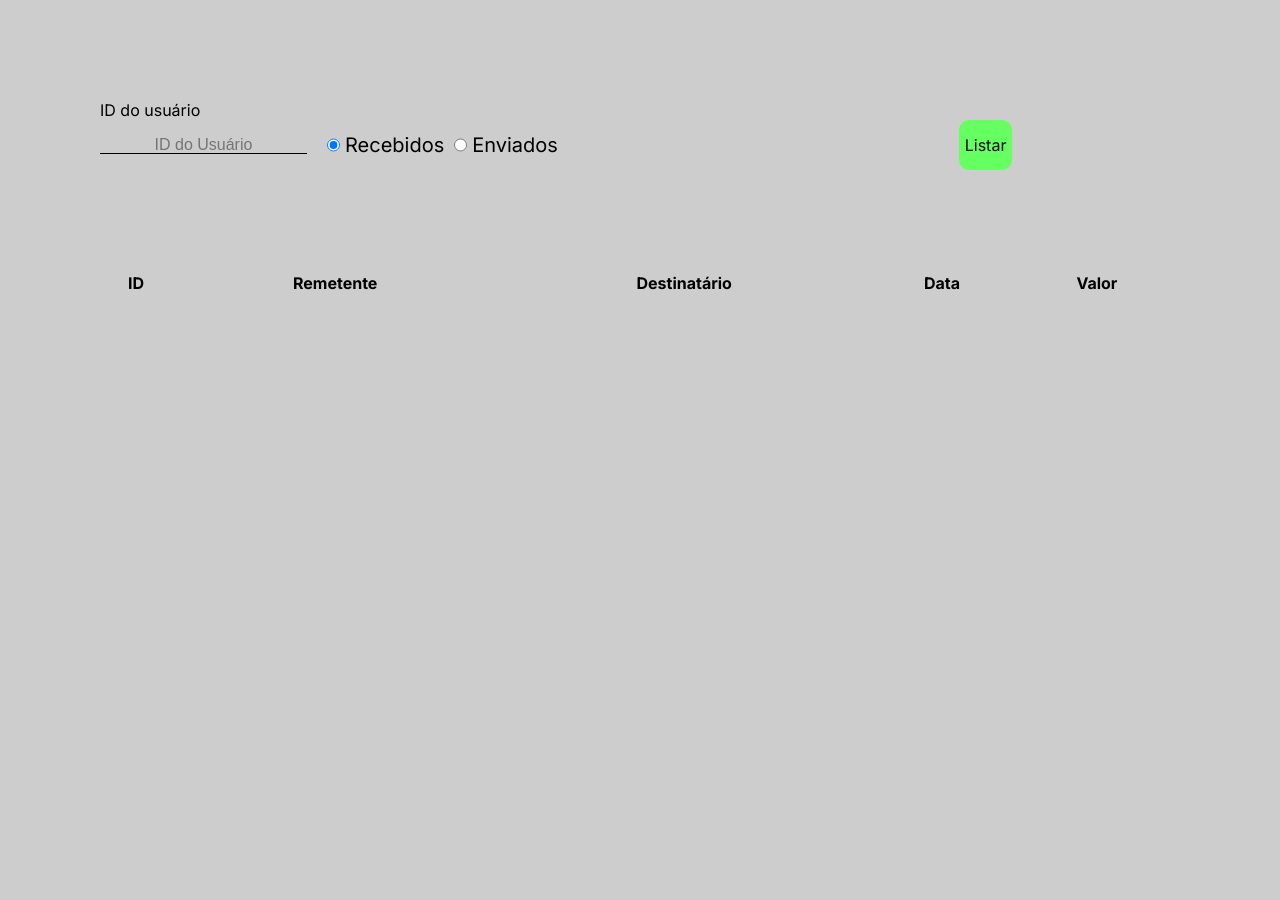
Repository: mateusilva8/tarefa-pix
Page: frontend/index.html
The author's editor kept a copy of each file at every save. The page is drawn from the files as they stood at one save, then again after the next save.
The browser window is 1280 px wide. The pictures show the whole page.

Above is the page before, as saved 2023-10-22 15:25:47.

### frontend/index.html
<!DOCTYPE html>
<html lang="pt-BR">
<head>
  <meta charset="UTF-8">
  <meta name="viewport" content="width=device-width, initial-scale=1.0">
  <title>CRIE_TI PIX</title>
  <link rel="stylesheet" href="./css/index.css">
  <link rel="preconnect" href="https://fonts.googleapis.com">
  <link rel="preconnect" href="https://fonts.gstatic.com" crossorigin>
  <link href="https://fonts.googleapis.com/css2?family=Inter:wght@400;700&display=swap" rel="stylesheet">
</head>
<body>
  <div class="container">
    <div class="label-formulario">
      <label for="id">ID do usuário</label>
    </div>
    <div class="formulario">
      <form id="formulario">
        <div class="formulario-input">
          <input class="idInput" type="number" placeholder="ID do Usuário" id="id"></input>
        </div>
        <div class="formulario-body">
          <div class="formulario-select">
            <div class="form-check">
              <input class="form-check-input" type="radio" name="exampleRadios" id="exampleRadios1" value="received" checked>
              <label class="form-check-label" for="exampleRadios1">Recebidos</label>
            </div>

            <div class="form-check">
              <input class="form-check-input" type="radio" name="exampleRadios" id="exampleRadios2" value="sent">
              <label class="form-check-label" for="exampleRadios2">Enviados</label>
            </div>
          </div>
          <button type="button" class="btn" id="botaoListar">Listar</button>
        </div>
      </form>
    </div>

    <table class="table table-bordered">
      <thead>
        <tr>
          <th scope="col">ID</th>
          <th scope="col">Remetente</th>
          <th scope="col">Destinatário</th>
          <th scope="col">Data</th>
          <th scope="col">Valor</th>
        </tr>
      </thead>
      <tbody id="pix-list"></tbody>
    </table>
  </div>



  <script src="https://code.jquery.com/jquery-3.3.1.slim.min.js" integrity="sha384-q8i/X+965DzO0rT7abK41JStQIAqVgRVzpbzo5smXKp4YfRvH+8abtTE1Pi6jizo" crossorigin="anonymous"></script>
  <script src="https://cdnjs.cloudflare.com/ajax/libs/popper.js/1.14.3/umd/popper.min.js" integrity="sha384-ZMP7rVo3mIykV+2+9J3UJ46jBk0WLaUAdn689aCwoqbBJiSnjAK/l8WvCWPIPm49" crossorigin="anonymous"></script>
  <script src="./js/index.js"></script>
</body>
</html>

### frontend/css/index.css
body {
    margin: 0;
    padding: 0;
    font-family: 'Inter', sans-serif;
    background-color: #cdcdcd;
}


.container {
    display: flex;
    flex-direction: column;
    height: 700px;
    margin: 100px;
}

.label-formulario {

}

.formulario form {
    display: flex;
    flex-direction: row;
    align-items: center;
}

.form-check {
    display: flex;
    flex-direction: row;
    gap: 5px;
    align-items: center;
}

.formulario {
    height: 50px;
    font-size: 20px;
    display: flex;
    flex-direction: row;
    align-items: center;
    width: 100%;
    margin-bottom: 100px;
}

.formulario-input {
    display: flex;
    flex-direction: column;
}

.formulario-body {
    display: flex;
    flex-direction: row;
    width: 100%;
    height: 100%;
    align-items: center;
}

.formulario-select {
    height: 100%;
    display: flex;
    flex-direction: row;
    gap: 10px;
    margin-left: 20px;
}

input[type=number]::-webkit-inner-spin-button,
    input[type=number]::-webkit-outer-spin-button {
        -webkit-appearance: none;
        margin: 0;
    }

input {
    height: 1rem;
    margin: 0;
    padding: 0;
    border: none;
    border-bottom: 1px solid #000;
    outline: none;
    font-size: 1rem;
    text-align: center;
    background-color: #cdcdcd;

    &:focus {
        border-bottom: 2px solid #00f;
    }
}

.btn {
    width: 150px;
    height: 50px;
    font-size: 1rem;
    font-family: 'Inter';
    font-weight: 400;
    background-color: rgb(102, 255, 97);
    border: 0;
    border-radius: 10px;
    margin-left: 100%;
}

### frontend/js/index.js
let userId = document.getElementById('id');
let type = document.querySelector('#form-check-input:checked');

let form = document.getElementById('formulario');

let pixList = document.getElementById("pix-list");

async function getPixUsuario() {
    let payload = {
        userId: userId.value,
        type: form.exampleRadios.value,
      };

      console.log(JSON.stringify(payload));

      let resposta = await fetch(`http://localhost:3000/pix-api/pix/usuarios`, {
        method: 'POST',
        headers: {
            "Content-type" : 'application/json',
            "Acccept": 'appplication/json'
        },
        body: JSON.stringify(payload)
      });

      let listaPix = await resposta.json();

      console.log(listaPix);

    for (let pix of listaPix) {

      let tr = document.createElement("tr");
      let tdId = document.createElement("th");
      let tdRemetente = document.createElement("td");
      let tdDestinatario = document.createElement("td");
      let tdData = document.createElement("td");
      let tdValor = document.createElement("td");

      let id = pix.id;
      let remetente = pix.sender.name;
      let destinatario = pix.recipient.name;
      let data = pix.createdAt;
      let valor = `R$ ${pix.value}`;

      let dataHora = new Date(data);
      let dia = adicionarZero(dataHora.getDate());
      let mes = adicionarZero(dataHora.getMonth());
      let ano = adicionarZero(dataHora.getFullYear());
      let hora = `${adicionarZero(dataHora.getHours())}:${adicionarZero(dataHora.getMinutes())}`;

      let dataFormatada = `${dia}/${mes}/${ano} às ${hora}H`

      tdId.innerText = id;
      tdRemetente.innerText = remetente;
      tdDestinatario.innerText = destinatario;
      tdData.innerText = dataFormatada;
      tdValor.innerText = valor.replace('.',',');

      tr.appendChild(tdId);
      tr.appendChild(tdRemetente);
      tr.appendChild(tdDestinatario);
      tr.appendChild(tdData);
      tr.appendChild(tdValor);
      pixList.appendChild(tr);
    }
  }

  function adicionarZero (numero) {
    if(String(numero).length == 1) {
        numero = '0' + numero;
      }

    return numero;
  }

  let botaoListar = document.getElementById('botaoListar');
  botaoListar.addEventListener('click', () => {
    pixList.innerHTML = '';
    getPixUsuario();
  })

After the next save:
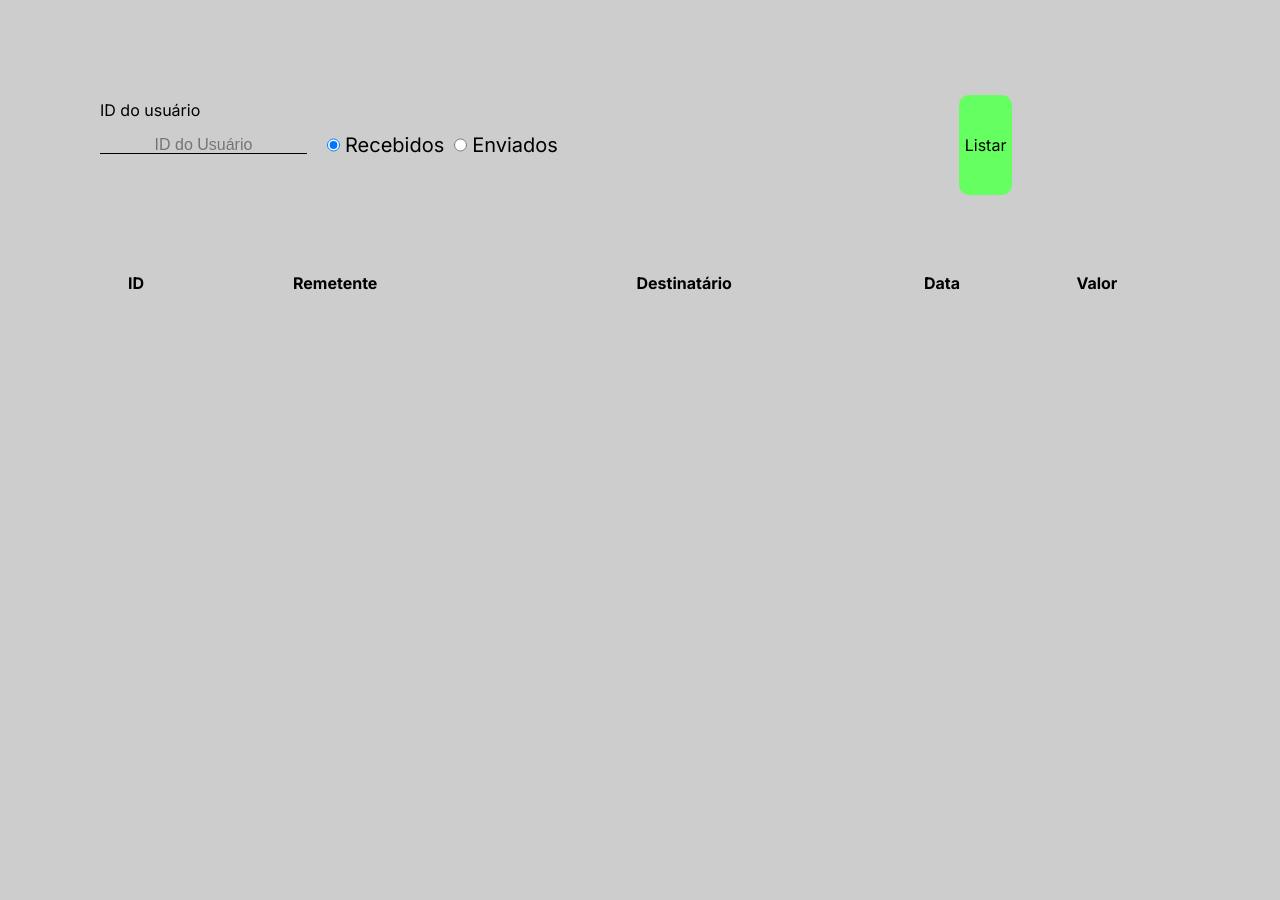
Saved 24 s later.
--- a/frontend/css/index.css
+++ b/frontend/css/index.css
@@ -85,7 +85,7 @@ input {
 
 .btn {
     width: 150px;
-    height: 50px;
+    height: 100px;
     font-size: 1rem;
     font-family: 'Inter';
     font-weight: 400;
